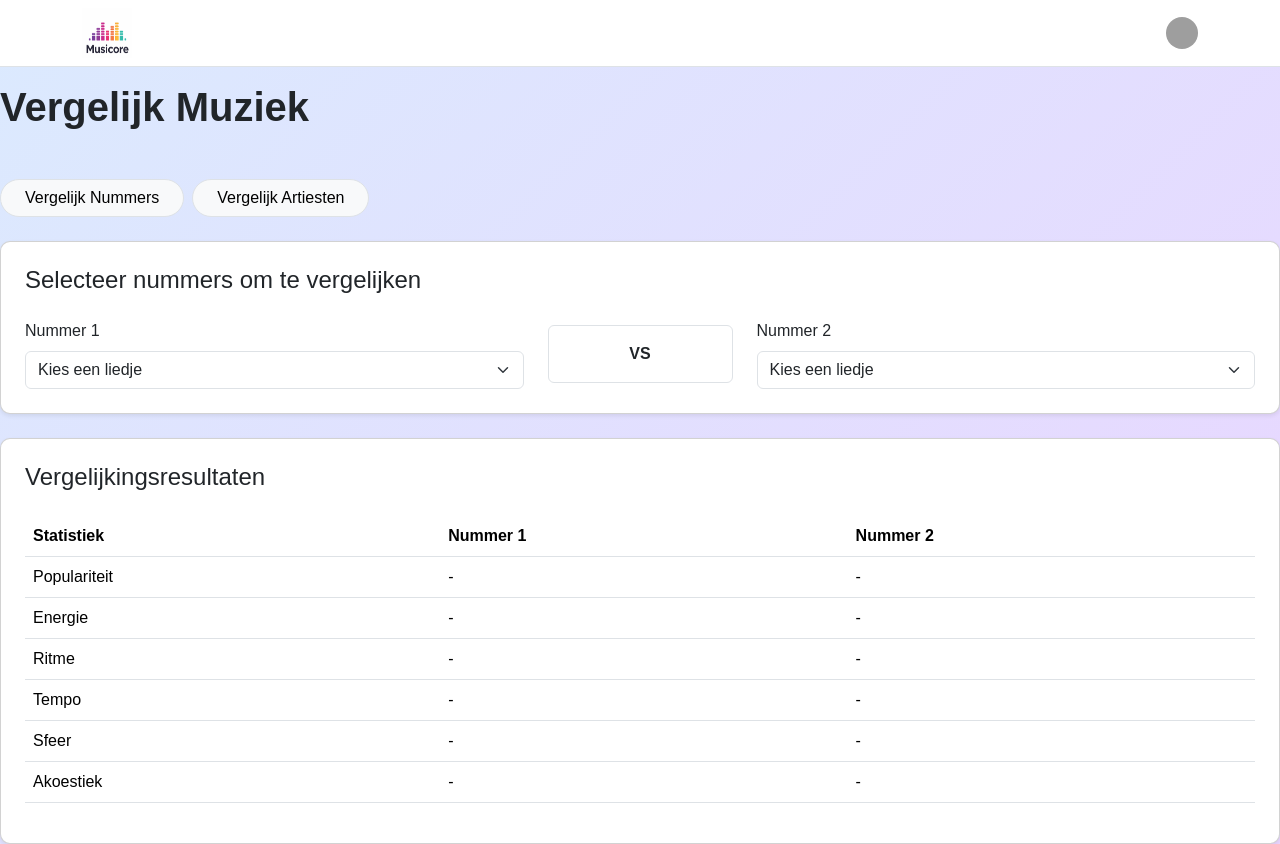
Repository: khadishat00/maskr
Page: maskr-frontend/compare.html
An editor plug-in stored every save of this project. The page is shown before and after the next save, followed by the edit.
The browser window is 1280 px wide. The pictures show the whole page.
Pictures or frames that could not be fetched are drawn as grey boxes.

Above is the page before, as saved 2026-04-28 11:17:48.

### maskr-frontend/compare.html
<!DOCTYPE html>
<html lang="en">
<head>
    <meta charset="UTF-8">
    <meta name="viewport" content="width=device-width, initial-scale=1.0">

    <link href="https://cdn.jsdelivr.net/npm/bootstrap@5.3.3/dist/css/bootstrap.min.css" rel="stylesheet" />
    <script src="https://cdn.jsdelivr.net/npm/bootstrap@5.3.2/dist/js/bootstrap.bundle.min.js"></script>
    <link rel="stylesheet" href="css/general.css" />
    <script src="https://unpkg.com/lucide@latest"></script>
</head>
<header class="py-2 mb-3 border-bottom bg-white">
    <div
      class="container d-flex align-items-center justify-content-between"
    >
       <div class="logo">
       <a href="home.html"> <img src="assets/logo.png" alt="logo" width="50" height="50" /></a>
      </div>
      <div class="dropdown">
        <img
          src="https://images.pexels.com/photos/6985001/pexels-photo-6985001.jpeg"
          alt="profiel"
          width="32"
          height="32"
          class="rounded-circle dropdown-toggle"
          data-bs-toggle="dropdown"
          style="cursor: pointer"
        />

        <ul class="dropdown-menu dropdown-menu-end text-small shadow">
          <li><a class="dropdown-item" href="#">Profiel</a></li>  <!-- profile page nog aanmaken-->
          <li><hr class="dropdown-divider" /></li>
          <li><a class="dropdown-item" href="index.html">Afmelden</a></li>
        </ul>
      </div>
    </div>
  </header>
<body>
    <header class="mb-5">
        <h1 class="display-6 fw-bold">Vergelijk Muziek</h1>
    </header>
<div class="mb-4">
        <div class="d-flex gap-2">
            <button class="btn btn-light border rounded-pill px-4">
                Vergelijk Nummers
            </button>

            <button class="btn btn-light border rounded-pill px-4">
                Vergelijk Artiesten
            </button>
        </div>
    </div>

    <!-- Selecteer nummers -->
    <div class="card p-4 mb-4 shadow-sm">
        <h4 class="mb-4">Selecteer nummers om te vergelijken</h4>

        <div class="row align-items-center">

            <!-- Nummer 1 -->
            <div class="col-md-5">
                <label class="form-label">Nummer 1</label>
                <select id="song1" class="form-select">
                    <option value="">Kies een liedje</option>
                </select>
            </div>

            <!-- VS -->
            <div class="col-md-2 text-center">
                <div class="border rounded p-3 fw-bold">
                    VS
                </div>
            </div>

            <!-- Nummer 2 -->
            <div class="col-md-5">
                <label class="form-label">Nummer 2</label>
                <select id="song2" class="form-select">
                    <option value="">Kies een liedje</option>
                </select>
            </div>

        </div>
    </div>

    <!-- Resultaten -->
    <div class="card p-4 shadow-sm">
        <h4 class="mb-4">Vergelijkingsresultaten</h4>

        <table class="table align-middle">
            <thead>
                <tr>
                    <th>Statistiek</th>
                    <th id="title1">Nummer 1</th>
                    <th id="title2">Nummer 2</th>
                </tr>
            </thead>

            <tbody>
                <tr>
                    <td>Populariteit</td>
                    <td id="pop1">-</td>
                    <td id="pop2">-</td>
                </tr>

                <tr>
                    <td>Energie</td>
                    <td id="energy1">-</td>
                    <td id="energy2">-</td>
                </tr>

                <tr>
                    <td>Ritme</td>
                    <td id="dance1">-</td>
                    <td id="dance2">-</td>
                </tr>

                <tr>
                    <td>Tempo</td>
                    <td id="tempo1">-</td>
                    <td id="tempo2">-</td>
                </tr>

                <tr>
                    <td>Sfeer</td>
                    <td id="mood1">-</td>
                    <td id="mood2">-</td>
                </tr>

                <tr>
                    <td>Akoestiek</td>
                    <td id="acoustic1">-</td>
                    <td id="acoustic2">-</td>
                </tr>
            </tbody>
        </table>
    </div>
</div>

<script src="js/compare.js"></script>

</body>
</html>

### maskr-frontend/css/general.css
body {
  min-height: 100vh;
  background: linear-gradient(135deg, #dbeafe, #e9d5ff) !important;
  font-family: sans-serif;
}

.card {
  border-radius: 10px;
  overflow: hidden;
  transition: transform 0.2s ease;
}

.card:hover {
  transform: scale(1.03);
}

.card-img-top {
  height: 200px;
  object-fit: cover;
}

.btn-dark:hover {
  background-color: #6b21a8;
}

.text-purple-900 {
  color: #6b21a8;
}

.text-purple-700 {
  color: #7c3aed;
}

.text-primary {
  color: #6b21a8 !important;
}

.search-wrapper {
  display: flex;
  align-items: center;
  background: white;
  border-radius: 14px;
  padding: 10px;
  position: relative;
}

.search-icon {
  position: absolute;
  left: 18px;
  width: 20px;
  height: 20px;
}

.custom-input {
  border: none;
  padding-left: 45px;
  height: 50px;
}

.custom-input:focus {
  box-shadow: none;
}

.btn-search {
  border-radius: 10px;
  padding: 10px 25px;
}

.action-card {
  border-radius: 14px;
  cursor: pointer;
  transition: all 0.2s ease;
}

.action-card:hover {
  transform: translateY(-4px);
  box-shadow: 0 10px 25px rgba(0, 0, 0, 0.1);
}

.icon-box {
  width: 56px;
  height: 56px;
  border-radius: 12px;
  display: flex;
  align-items: center;
  justify-content: center;
}

.gradient-blue {
  background: linear-gradient(135deg, #3b82f6, #06b6d4);
}

.gradient-orange {
  background: linear-gradient(135deg, #f59e0b, #f97316);
}

.song-of-the-week {
  border-radius: 14px;
  background: linear-gradient(135deg, #f3e8ff, #fce7f3);
}

.song-week-img {
  width: 110px;
  height: 110px;
  border-radius: 10px;
  object-fit: cover;
}

.song-card {
  border-radius: 14px;
  cursor: pointer;
  transition: all 0.2s;
}

.song-card:hover {
  transform: translateY(-4px);
  box-shadow: 0 8px 20px rgba(0, 0, 0, 0.1);
}

.song-img {
  width: 100%;
  aspect-ratio: 1/1;
  object-fit: cover;
  border-radius: 10px;
}

.song-title {
  font-weight: 600;
  font-size: 0.9rem;
  margin-top: 8px;
}

.song-artist {
  font-size: 0.8rem;
  color: #6b21a8;
}
.popularity-bar {
  height: 6px;
  background: #e5e7eb;
  border-radius: 10px;
  margin-top: 6px;
}

.popularity-fill {
  height: 6px;
  background: #9333ea;
  border-radius: 10px;
}
.action-card {
    cursor: pointer;
    transition: transform 0.2s ease;
}

.action-card:hover {
    transform: translateY(-5px);
}
.song-page{
  min-height:100vh;
}

.back-link{
  color:#000;
   text-decoration:none;
  font-weight:500;
  font-size:0.95rem;
}

.back-link:hover{
  color: blueviolet;
}

.song-cover{
  width:200px;
  border-radius:14px;
  object-fit:cover;
  box-shadow:0 10px 25px rgba(0,0,0,0.1);
}

.song-title-large{
  font-size:2rem;
  font-weight:700;
}

.song-artist-large{
  font-size:1.1rem;
  color:#6b21a8;
}

.song-album{
  font-size:0.9rem;
}

.song-buttons .btn{
  border-radius:10px;
  padding:8px 18px;
}

.audio-card{
  background:white;
  border-radius:14px;
  padding:30px;
  margin-top:40px;
  box-shadow:0 10px 25px rgba(0,0,0,0.08);
}

.feature{
  border-left:4px solid #9333ea;
  padding-left:14px;
}

.feature h6{
  color:#9333ea;
  font-size:0.85rem;
  margin-bottom:5px;
}

.feature-value{
  font-size:1.4rem;
  font-weight:700;
}

.feature p{
  font-size:0.8rem;
  color:#000;
}

 /* collectie pagina */

.search{
    padding: 10px;
    float: left;
    width: 20%;
    border: none;
    cursor: pointer;
}

/*  guessthesong */



.game-container {
  width: 300px;
  border: 1px solid white;
  padding: 50px;
  margin: 30px;
  display: flex;
  flex-direction: column;
  align-items: center;
  justify-content: center;
  padding-bottom: 50px;
  border-style: solid;
  background-color: white;
  border-color: #f2f2f2;
  border-radius: 9px;
}
.spelen{
    gap: 20px;
}
.musicnote{

    text-align: left;
    width: 100%;
    padding: 10px;
}
 button, .musicnote {
    display: flex;
    align-items: center;
    gap: 6px;
}

.spelen img{
    width: 80%;
    border-radius: 6px;
}
.afspelen {
    gap: 10px;

}
.afspelen button{
    color: white;
    background-color: black;
    border-radius: 4px;
    border: none;
    gap: 20px;

}
.button1{
    display: flex;
    background-color: white;
    cursor: pointer;
    padding: 10px;
    border: none;
    border-radius: 8px;
    font-size: 10px;

}

.liedje{
    padding: 15px;
    align-items: start;
    font-size: 12px;
}
.hoe {
    color: blue;
    border-style: solid;
    background-color: rgb(138, 134, 169);
    padding-bottom: 55px;
    font-size: 10px;
    align-items: start;
    padding: 15px;
}

### maskr-frontend/js/compare.js
// compare.js

const songs = [
{
title:"Blinding Lights",
artist:"The Weeknd",
popularity:95,
cover:"https://images.unsplash.com/photo-1470225620780-dba8ba36b745?w=300"
},
{
title:"Shape of You",
artist:"Ed Sheeran",
popularity:92,
cover:"https://images.unsplash.com/photo-1511671782779-c97d3d27a1d4?w=300"
},
{
title:"STAY",
artist:"The Kid LAROI",
popularity:91,
cover:"https://images.unsplash.com/photo-1493225457124-a3eb161ffa5f?w=300"
},
{
title:"Watermelon Sugar",
artist:"Harry Styles",
popularity:90,
cover:"https://images.unsplash.com/photo-1507874457470-272b3c8d8ee2?w=300"
},
{
title:"Heat Waves",
artist:"Glass Animals",
popularity:89,
cover:"https://images.unsplash.com/photo-1501386761578-eac5c94b800a?w=300"
},
{
title:"Levitating",
artist:"Dua Lipa",
popularity:88,
cover:"https://images.unsplash.com/photo-1518972559570-7cc1309f3229?w=300"
}
];

const select1 = document.getElementById("song1");
const select2 = document.getElementById("song2");

// dropdown vullen
songs.forEach(song => {
    const option1 = document.createElement("option");
    option1.value = song.title;
    option1.textContent = `${song.title} - ${song.artist}`;
    select1.appendChild(option1);

    const option2 = document.createElement("option");
    option2.value = song.title;
    option2.textContent = `${song.title} - ${song.artist}`;
    select2.appendChild(option2);
});

function updateComparison() {
    const songA = songs.find(s => s.title === select1.value);
    const songB = songs.find(s => s.title === select2.value);

    if (songA) {
        document.getElementById("cover1").src = songA.cover;
        document.getElementById("title1").textContent = songA.title;
        document.getElementById("artist1").textContent = songA.artist;
        document.getElementById("pop1").textContent = songA.popularity;
    }

    if (songB) {
        document.getElementById("cover2").src = songB.cover;
        document.getElementById("title2").textContent = songB.title;
        document.getElementById("artist2").textContent = songB.artist;
        document.getElementById("pop2").textContent = songB.popularity;
    }
}

select1.addEventListener("change", updateComparison);
select2.addEventListener("change", updateComparison);

After the next save:
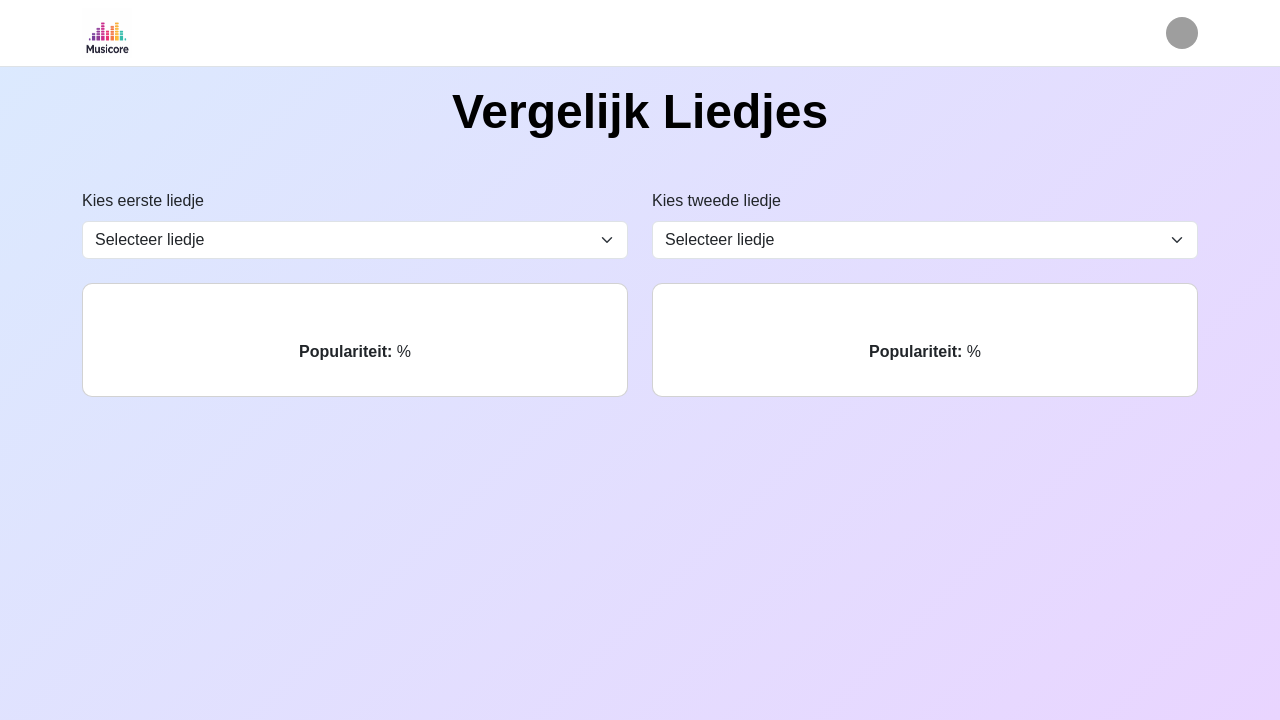
Saved 29 s later.
--- a/maskr-frontend/compare.html
+++ b/maskr-frontend/compare.html
@@ -36,104 +36,58 @@
     </div>
   </header>
 <body>
-    <header class="mb-5">
-        <h1 class="display-6 fw-bold">Vergelijk Muziek</h1>
-    </header>
-<div class="mb-4">
-        <div class="d-flex gap-2">
-            <button class="btn btn-light border rounded-pill px-4">
-                Vergelijk Nummers
-            </button>
+<header class="text-center mb-5">
+    <h1 class="display-5 fw-bold text-black mb-3">
+        Vergelijk Liedjes
+        <div class="dropdown">
+                        <ul class="dropdown-menu dropdown-menu-end text-small shadow">
+                <li><a class="dropdown-item" href="#">Profiel</a></li>
+                <li><hr class="dropdown-divider" /></li>
+                <li><a class="dropdown-item" href="index.html">Afmelden</a></li>
+            </ul>
+        </div>
+    </div>
+</header>
 
-            <button class="btn btn-light border rounded-pill px-4">
-                Vergelijk Artiesten
-            </button>
+<div class="container">
+
+    <!-- dropdowns -->
+    <div class="row mb-4">
+        <div class="col-md-6">
+            <label class="form-label">Kies eerste liedje</label>
+            <select id="song1" class="form-select">
+                <option value="">Selecteer liedje</option>
+            </select>
+        </div>
+
+        <div class="col-md-6">
+            <label class="form-label">Kies tweede liedje</label>
+            <select id="song2" class="form-select">
+                <option value="">Selecteer liedje</option>
+            </select>
         </div>
     </div>
 
-    <!-- Selecteer nummers -->
-    <div class="card p-4 mb-4 shadow-sm">
-        <h4 class="mb-4">Selecteer nummers om te vergelijken</h4>
+    <div class="row g-4" id="compareResult">
 
-        <div class="row align-items-center">
+        <div class="col-md-6">
+            <div class="card p-3 text-center">
+                <img id="cover1" class="img-fluid rounded mb-3" style="max-height:300px; object-fit:cover;">
+                <h4 id="title1"></h4>
+                <p id="artist1"></p>
+                <p><strong>Populariteit:</strong> <span id="pop1"></span>%</p>
+            </div>
+        </div>
 
-            <!-- Nummer 1 -->
-            <div class="col-md-5">
-                <label class="form-label">Nummer 1</label>
-                <select id="song1" class="form-select">
-                    <option value="">Kies een liedje</option>
-                </select>
+        <div class="col-md-6">
+            <div class="card p-3 text-center">
+                <img id="cover2" class="img-fluid rounded mb-3" style="max-height:300px; object-fit:cover;">
+                <h4 id="title2"></h4>
+                <p id="artist2"></p>
+                <p><strong>Populariteit:</strong> <span id="pop2"></span>%</p>
             </div>
+        </div>
 
-            <!-- VS -->
-            <div class="col-md-2 text-center">
-                <div class="border rounded p-3 fw-bold">
-                    VS
-                </div>
-            </div>
-
-            <!-- Nummer 2 -->
-            <div class="col-md-5">
-                <label class="form-label">Nummer 2</label>
-                <select id="song2" class="form-select">
-                    <option value="">Kies een liedje</option>
-                </select>
-            </div>
-
-        </div>
-    </div>
-
-    <!-- Resultaten -->
-    <div class="card p-4 shadow-sm">
-        <h4 class="mb-4">Vergelijkingsresultaten</h4>
-
-        <table class="table align-middle">
-            <thead>
-                <tr>
-                    <th>Statistiek</th>
-                    <th id="title1">Nummer 1</th>
-                    <th id="title2">Nummer 2</th>
-                </tr>
-            </thead>
-
-            <tbody>
-                <tr>
-                    <td>Populariteit</td>
-                    <td id="pop1">-</td>
-                    <td id="pop2">-</td>
-                </tr>
-
-                <tr>
-                    <td>Energie</td>
-                    <td id="energy1">-</td>
-                    <td id="energy2">-</td>
-                </tr>
-
-                <tr>
-                    <td>Ritme</td>
-                    <td id="dance1">-</td>
-                    <td id="dance2">-</td>
-                </tr>
-
-                <tr>
-                    <td>Tempo</td>
-                    <td id="tempo1">-</td>
-                    <td id="tempo2">-</td>
-                </tr>
-
-                <tr>
-                    <td>Sfeer</td>
-                    <td id="mood1">-</td>
-                    <td id="mood2">-</td>
-                </tr>
-
-                <tr>
-                    <td>Akoestiek</td>
-                    <td id="acoustic1">-</td>
-                    <td id="acoustic2">-</td>
-                </tr>
-            </tbody>
-        </table>
     </div>
 </div>
 
